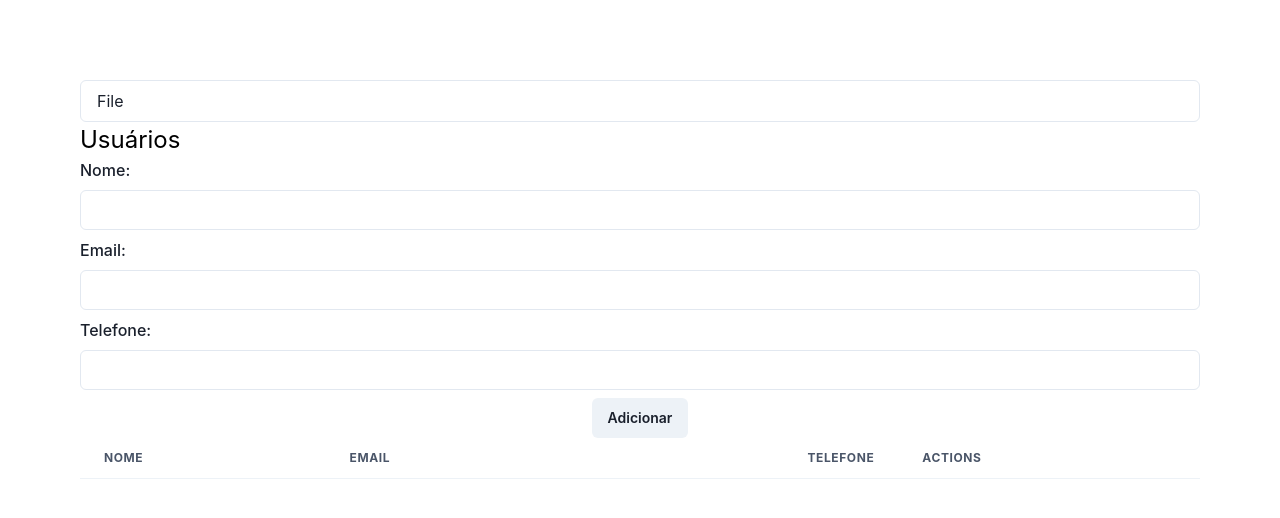
Repository: renan-oliveira93/CRUD-ATERRA
Page: /
These files come from the project's save history. The page is drawn as it stood at one moment and after the next save; the edit follows.
The browser window is 1280 px wide. The pictures show the whole page.
The page's requests for data from a server got no answer. The project was rebuilt for these pictures with package versions that can differ from the ones it lists, and the page was loaded fresh each time. The framework's server and built-in components were replaced by stand-ins that run in the browser. No one was signed in, and anything a server would have sent is missing. Also part of the build but not shown: next.config.js.

Above is the page before, as saved 2022-02-02 12:49:50.

After the next save:
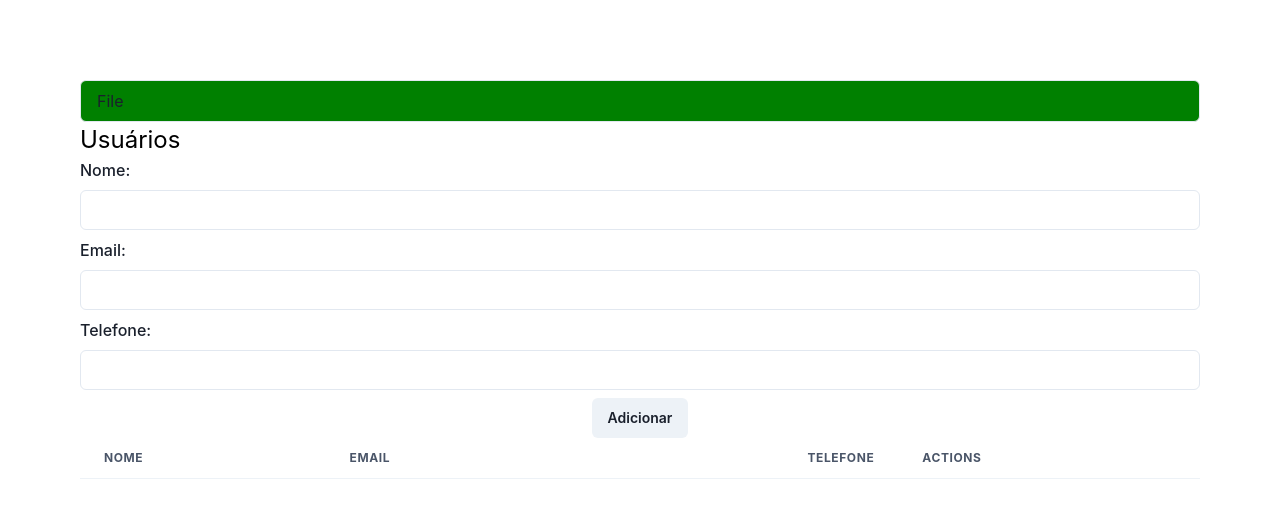
Saved 55 s later.
--- a/pages/index.js
+++ b/pages/index.js
@@ -121,7 +121,7 @@ export default function Home() {
             transition='all 0.2s'
             borderRadius='md'
             borderWidth='1px'
-            _hover={{ bg: 'gray.400' }}
+            bgColor={'green'}
             _expanded={{ bg: 'blue.400' }}
             _focus={{ boxShadow: 'outline' }}
           >
